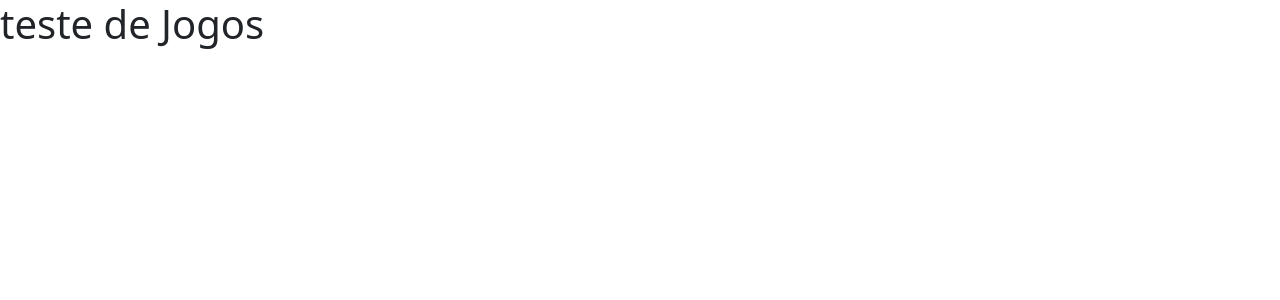
Repository: ytavares/game-registration
Page: http://localhost/jogos/create
These files come from the project's save history. The page is drawn as it stood at one moment and after the next save; the edit follows.
The browser window is 1280 px wide. The pictures show the whole page.
The page is served by the project's Laravel application, run on PHP 8.4 with Laravel 10. Other server files are loaded and not shown.

Above is the page before, as saved 2023-09-15 23:57:06.

### routes/web.php
<?php

use App\Http\Controllers\JogosController;
use Illuminate\Support\Facades\Route;

/*
|--------------------------------------------------------------------------
| Web Routes
|--------------------------------------------------------------------------
|
| Here is where you can register web routes for your application. These
| routes are loaded by the RouteServiceProvider and all of them will
| be assigned to the "web" middleware group. Make something great!
|
*/

Route::prefix('jogos')->group(function () {
    Route::get('/', [JogosController::class, 'index'])->name('jogos-index');
    Route::get('/create', [JogosController::class, 'create'])->name('jogos-create');
});

Route::fallback(function () {
    return "Erro ao localizar a rota!";
});

### app/Http/Controllers/JogosController.php
<?php

namespace App\Http\Controllers;

use App\Models\Jogo;
use Illuminate\Http\Request;

class JogosController extends Controller
{
    public function index()
    {
        $jogos = Jogo::all();
        return view('jogos.index', ['jogos' => $jogos]);
    }

    public function create()
    {
        return view('jogos.create');
    }
}

### resources/views/jogos/create.blade.php
@extends('layouts.app')

@section('title', 'Criação')
@section('content')
    <h1>teste de Jogos</h1>
@endsection

### resources/views/layouts/app.blade.php
<!DOCTYPE html>
<html lang="en">
<head>
    <meta charset="UTF-8">
    <meta name="viewport" content="width=device-width, initial-scale=1.0">
    <meta http-equiv="X-UA-Compatible" content="ie=edge">
    <link href="https://cdn.jsdelivr.net/npm/bootstrap@5.3.2/dist/css/bootstrap.min.css" rel="stylesheet" integrity="sha384-T3c6CoIi6uLrA9TneNEoa7RxnatzjcDSCmG1MXxSR1GAsXEV/Dwwykc2MPK8M2HN" crossorigin="anonymous">
    <title>@yield('title') - Laravel</title>
</head>
<body>
    @yield('content')
</body>
</html>

Loaded but not shown: app/Http/Controllers/Controller.php (common file)

After the next save:
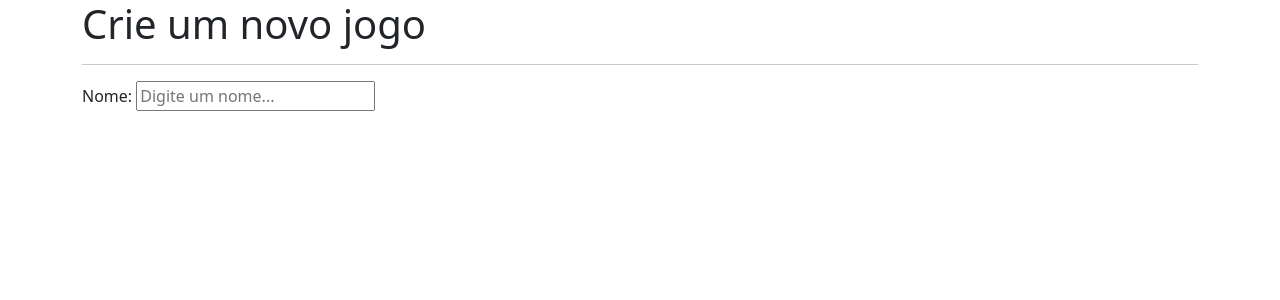
Saved 3 min 41 s later.
--- a/resources/views/jogos/create.blade.php
+++ b/resources/views/jogos/create.blade.php
@@ -2,5 +2,16 @@
 
 @section('title', 'Criação')
 @section('content')
-    <h1>teste de Jogos</h1>
+    <div class="container">
+        <h1>Crie um novo jogo</h1>
+        <hr>
+        <form action="" method="POST">
+            <div class="form-group">
+                <div class="form-group">
+                    <label for="nome">Nome:</label>
+                    <input type="text" name="nome" placeholder="Digite um nome...">
+                </div>
+            </div>
+        </form>
+    </div>
 @endsection
